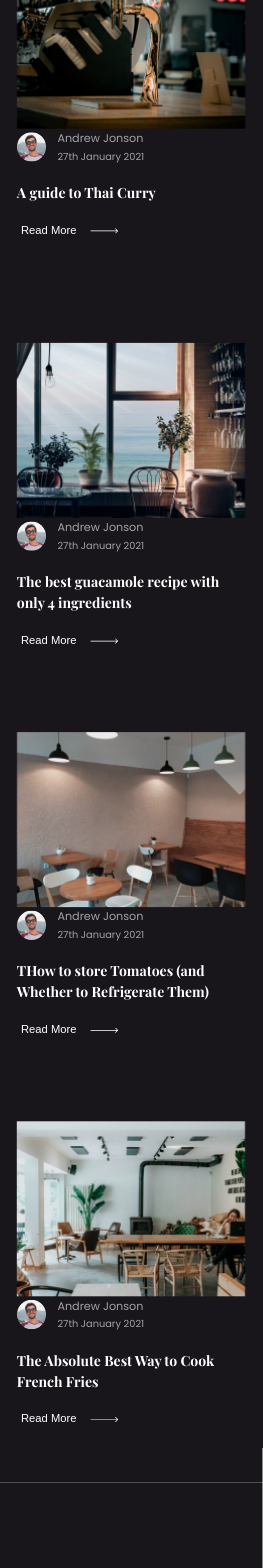
Repository: Minns-Cao/project-finsweet
Page: blog.html
These files come from the project's save history. The page is drawn as it stood at one moment and after a run of saves; the edit follows.
The browser window is 375 px wide. The pictures show the part of the page from y = 2287 to 4527 px (the page is 5871 px tall), at 70% of full size.
Some web fonts or font styles are not loaded; a fallback is used.

Above is the page before, as saved 2023-05-05 10:44:48.

After the next 3 saves:
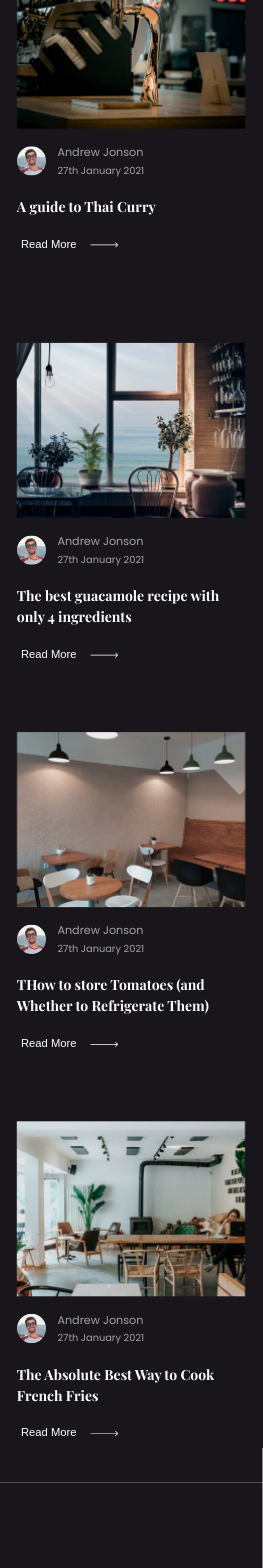
The 3 saves are shown as one change because they came seconds apart.
The last was saved 16 s later.
--- a/assets/css/style_blog.css
+++ b/assets/css/style_blog.css
@@ -321,5 +321,6 @@
 
     .articles .item .container {
         padding: 0;
-    }
-}
+        padding-top: 20px;
+    }
+}
